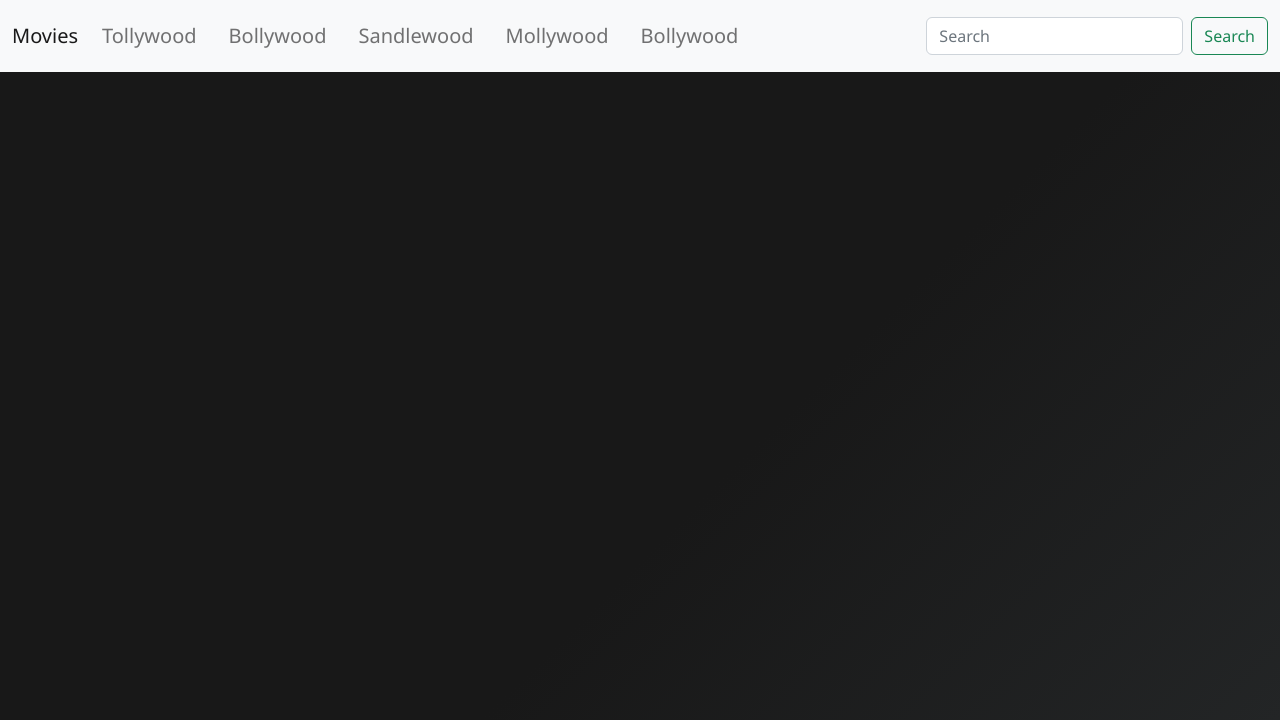
Repository: chandu7777158/Movies_spot
Page: /
The author's editor kept a copy of each file at every save. The page is drawn from the files as they stood at one save, then again after the next save.
The browser window is 1280 px wide. The pictures show the whole page.
The project was rebuilt for these pictures with package versions that can differ from the ones it lists, and the page was loaded fresh each time. Also part of the build but not shown: vite.config.js.

Above is the page before, as saved 2026-01-22 10:51:59.

After the next save:
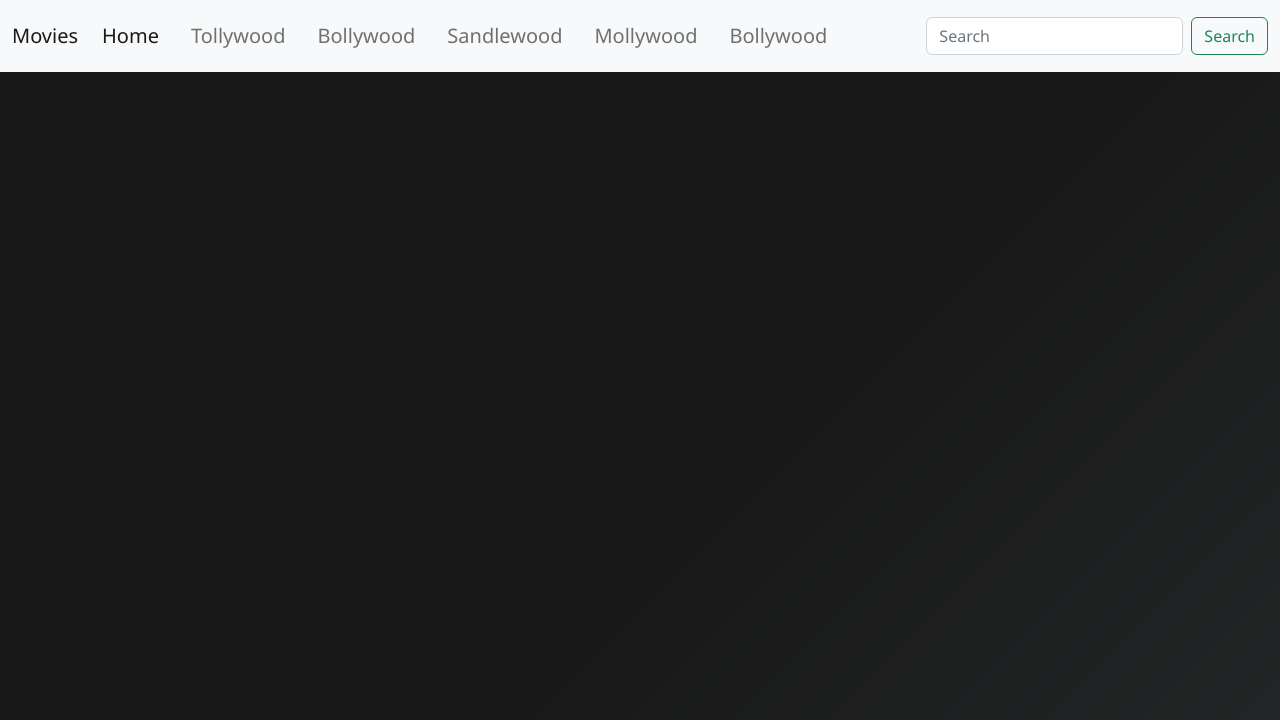
Saved 13 s later.
--- a/src/components/Navbar.jsx
+++ b/src/components/Navbar.jsx
@@ -9,7 +9,11 @@ export default function Navbar() {
                     <a class="navbar-brand" href="#">Movies</a>
 
                     <div class="collapse navbar-collapse" id="navbarSupportedContent">
+
                         <ul class="navbar-nav me-auto mb-2 mb-lg-0">
+                            <li class="navbar-brand">
+                                <a class="nav-link active" aria-current="page" href="#">Home</a>
+                            </li>
                             <li class="navbar-brand">
                                 <a class="nav-link" href="#">Tollywood</a>
                             </li>
